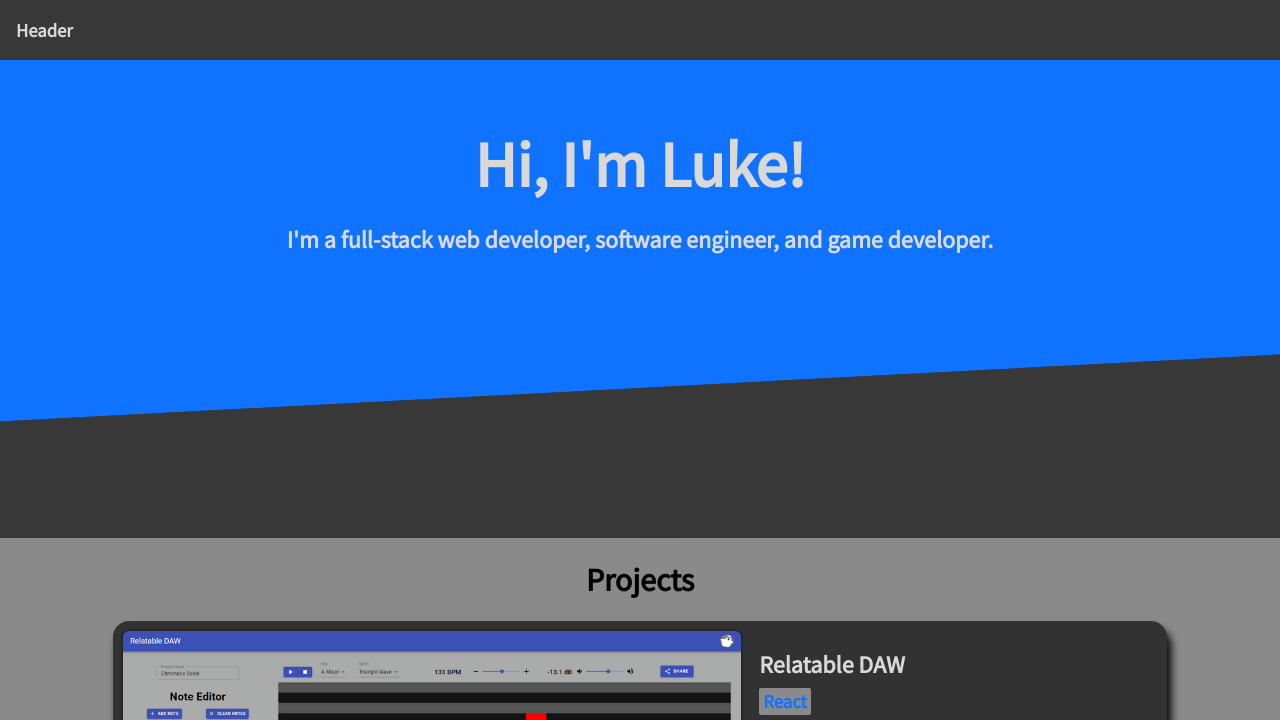
Repository: lbodwell/Personal-Website
Page: index.html
These files come from the project's save history. The page is drawn as it stood at one moment and after the next save; the edit follows.
The browser window is 1280 px wide. The pictures show the whole page.
An inner scrolling area shows only its first screen.

Above is the page before, as saved 2022-04-04 19:39:38.

After the next save:
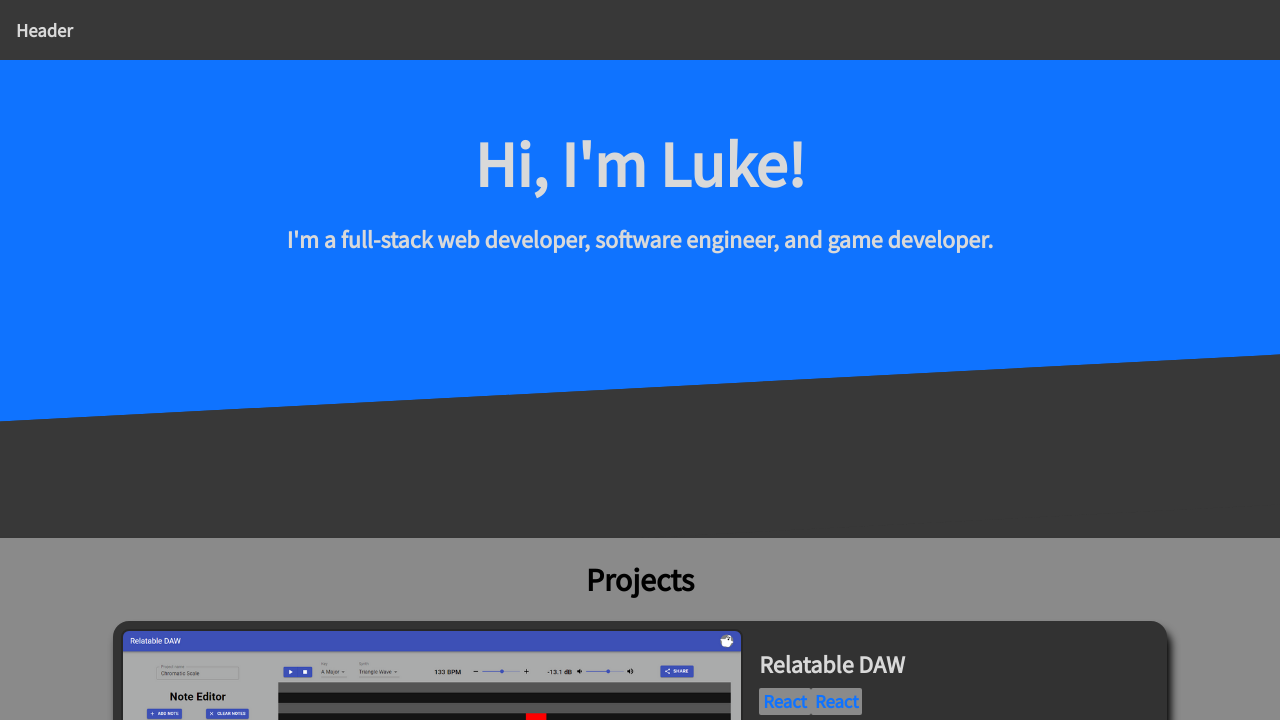
Saved 22 s later.
--- a/index.html
+++ b/index.html
@@ -28,6 +28,9 @@
                             <div class="project-title">
                                 <h2>Relatable DAW</h2>
                                 <div class="project-tags">
+                                    <div class="project-tag">
+                                        <h3>React</h3>
+                                    </div>
                                     <div class="project-tag">
                                         <h3>React</h3>
                                     </div>
